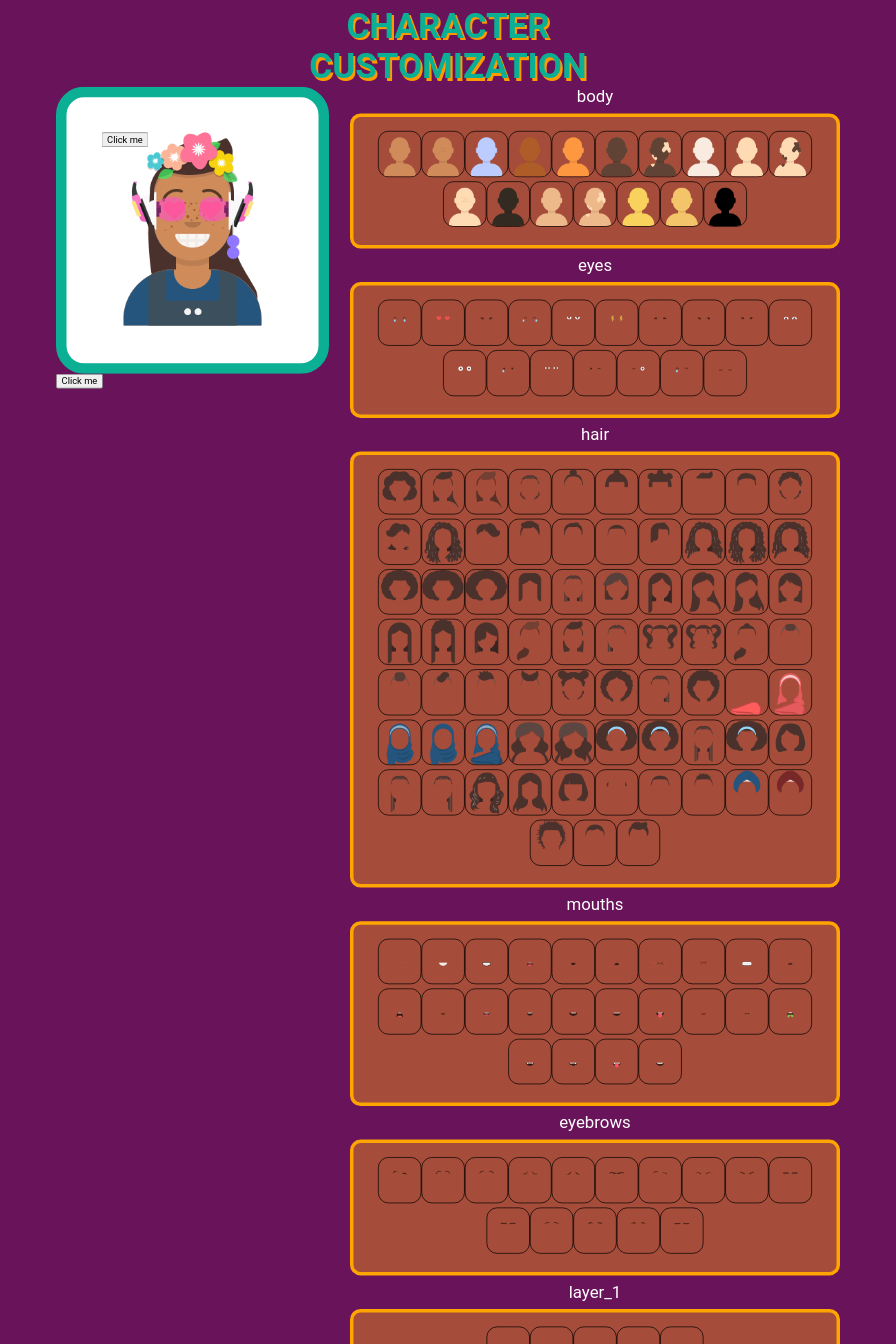
Repository: Kamaric112/react_clothing
Page: /
These files come from the project's save history. The page is drawn as it stood at one moment and after the next save; the edit follows.
The browser window is 1280 px wide. The pictures show the part of the page from y = 0 to 1920 px (the page is 3287 px tall), at 70% of full size.
The project was rebuilt for these pictures with package versions that can differ from the ones it lists, and the page was loaded fresh each time.

Above is the page before, as saved 2022-08-29 21:05:39.

### src/index.js
import React from "react";
import ReactDOM from "react-dom/client";
import App from "./components/App";

const root = ReactDOM.createRoot(document.getElementById("root"));

root.render(<App />);

### src/components/App.js
import React from "react";
import Header from "./Header";
import "./App.css";
import Avatar from "./Avatar";
import PartList from "./PartList";
import {useState} from "react"

const total = {
  body: 17,
  eyes: 17,
  hair: 73,
  mouths: 24,
  eyebrows: 15,
  hats: 28,
  glasses: 17,
  clothing1: 5,
  clothing2: 5,
  clothing3: 9,
};

function App() {


const [eyes, setEyes] = useState(2)
const [body, setBody] = useState(2)
const [layer_1, setLayer_1] = useState(2)
const [layer_2, setLayer_2] = useState(2)
const [layer_3, setLayer_3] = useState(2)
const [mouths, setMouths] = useState(2)
const [glasses, setGlasses] = useState(2)
const [hair, setHair] = useState(2)
const [eyebrows, setEyebrows] = useState(2)

const [earrings, setEarrings] = useState(2)
const [hats, setHats] = useState(2)
const randomize = () => {
    setBody(Math.floor((Math.random() * total.body )+1));
		setEyes(Math.floor((Math.random() * total.eyes)+1));
		setEyebrows(Math.floor((Math.random() * total.eyebrows)+1));
		setHair(Math.floor((Math.random() * total.hair)+1));
		setMouths(Math.floor((Math.random() * total.mouths)+1));
		setGlasses(Math.floor((Math.random() * total.glasses)+1));
		setLayer_1(Math.floor((Math.random() * total.clothing1)+1));
		setLayer_2(Math.floor((Math.random() * total.clothing2)+1));
		setLayer_3(Math.floor((Math.random() * total.clothing3)+1));
    setHats(Math.floor((Math.random() * total.hats)+1));

}




const handleClick = (e) => {
  console.log(e.target.src) //change states when clicked corresponding clothing
  const imageUrl = e.target.src
  console.log(imageUrl.split('/').pop().split('.')[0]) // split the src based on "/" then remove the last element, then split that element based on "." then choose the 1st element
}



  return (
    <div className="App">
      <Header />
      <div className="total-style">
        <div className="avatartotal">
        <Avatar eyes = {eyes} body = {body} layer_1 = {layer_1} layer_2 = {layer_2} layer_3 ={layer_3} mouths = {mouths} glasses = {glasses} hair = {hair} earrings = {earrings} hats = {hats} eyebrows= {eyebrows}/>
        <button onClick={randomize}>Click me </button>

        </div>

        <div>
        <PartList type = "body" total ="17" index = "1" handleClick={(e) => setBody(e.target.src.split('/').pop().split('.')[0])} />
        <PartList type = "eyes" total ="17" index = "1" handleClick={(e) => setEyes(e.target.src.split('/').pop().split('.')[0])}/>
        <PartList type = "hair" total ="73" index = "1" handleClick={(e) => setHair(e.target.src.split('/').pop().split('.')[0])}/>
        <PartList type = "mouths" total ="24" index = "1" handleClick={(e) => setMouths(e.target.src.split('/').pop().split('.')[0])}/>
        <PartList type = "eyebrows" total ="15" index = "1" handleClick={(e) => setEyebrows(e.target.src.split('/').pop().split('.')[0])}/>
        <PartList type = "layer_1" total ="5" index = "1" handleClick={(e) => setLayer_1(e.target.src.split('/').pop().split('.')[0])}/>
        <PartList type = "layer_2" total ="5" index = "1" handleClick={(e) => setLayer_2(e.target.src.split('/').pop().split('.')[0])}/>
        <PartList type = "layer_3" total ="9" index = "1" handleClick={(e) => setLayer_3(e.target.src.split('/').pop().split('.')[0])}/>
        <PartList type = "earrings" total ="32" index = "1" handleClick={(e) => setEarrings(e.target.src.split('/').pop().split('.')[0])}/>
        <PartList type = "hats" total ="28" index = "1" handleClick={(e) => setHats(e.target.src.split('/').pop().split('.')[0])} />
        <PartList type = "glasses" total ="17" index = "1" handleClick={(e) => setGlasses(e.target.src.split('/').pop().split('.')[0])}/>

        </div>


      </div>
    </div>
  );
}

export default App;

### src/components/Header.js
import React from "react";

function Header() {
  return (
    <>
      <div className="title">CHARACTER</div>
      <div className="subtitle">CUSTOMIZATION</div>
    </>
  );
}

export default Header;

### src/components/App.css
*,
*::after,
*::before {
  box-sizing: content-box;
  font-family: "Roboto", sans-serif;
}

body {
	background-color: rgb(105, 19, 91);
}

.App {
	max-width: 1200px;
	margin: 0 auto;
	display: flex;
	flex-direction: column;
	align-items: center;
}

.subtitle,
.title {
  text-align: center;
}

.title,
.subtitle {
  color: #0baf94;
  font-size: 50px;
  font-weight: 700;
  text-shadow: 3px 3px #f90;
}

.total-style {
  display: flex;

  justify-content: center;
  gap: 30px;
}

.avatar {
	width: 260px;
	height: 280px;
	position: relative;
}

.avatar-wrapper {
	border-radius: 40px;
	display: inline-block;
	border: 15px solid rgb(11, 175, 148);
	padding: 50px;
	position: sticky;
	background-color: #fff;
	top: calc(50% - 205px);
}

.list-section {
  max-width: 700px;
  text-align: center;
}

.partlist {
  display: flex;
  flex-direction: column;

}

.partlist div {
  color: white;
  font-size: 1.5rem;
}
.list {
  gap: 1rem;
  background-color: rgba(255,166,9,.4);
  border: 5px solid orange;
  border-radius: 15px;
  flex-wrap: wrap;
  margin: 10px 0;
  padding: 20px;
}

.list img {
  border: 1px solid black;
  border-radius: 15px
}

.list img:hover {
  background-color: #798885;
}

### src/components/Avatar.js
import React from 'react'
import Part from './Part'

function Avatar({eyes,body,layer_1,layer_2,layer_3,mouths,glasses,hair,earrings,hats,eyebrows,randomize}) {
  return (
    <div>
      <div className="avatar-wrapper">
        <div className="avatar">
          <Part type="body" position="0" index = {body}/>
          <Part type="layer_1" position="1" index = {layer_1}/>
          <Part type="layer_2" position="1" index = {layer_2}/>
          <Part type="layer_3" position="1" index = {layer_3}/>
          <Part type="mouths" position="2" index = {mouths}/>
          <Part type="noses" position="2" index = "1"/>
          <Part type="eyes" position="2" index = {eyes}/>
          <Part type="glasses" position="3" index = {glasses}/>
          <Part type="hair" position="3" index = {hair}/>
          <Part type="earrings" position="3" index = {earrings}/>
          <Part type="hats" position="4" index = {hats}/>
          <Part type="eyebrows" position="2" index = {eyebrows}/>
          <button onClick={randomize}>Click me </button>



        </div>
      </div>
    </div>
  )
}

export default Avatar

### src/components/PartList.js
import React from 'react'


function PartList({type,index,total,handleClick}) {

  let parts=[]
  const accessories = ["hats","glasses","earrings"]
  const clothing = ["layer_1","layer_2","layer_3"]



  for (index;index<= total; index++) {
    if ( accessories.includes(type)) {
      parts.push( <img key= {index} src={`character/accessories/${type}/${index}.png`} width="60px" onClick= {handleClick} alt= {type}/>)
    } else if ( clothing.includes(type)) {
      parts.push( <img key= {index} src={`character/clothes/${type}/${index}.png`} width="60px" onClick={handleClick} alt= {type}/>)
    }
    else {
      parts.push( <img key= {index} src={`character/${type}/${index}.png`} width="60px" onClick={handleClick} alt= {type}/>)
    }
  }


  return (
      <div className="list-section">
        <div className="partlist">
          <div>{type}</div>
          <div className="list">
            {parts}
          </div>
        </div>
      </div>
  )
}

export default PartList

### src/components/Part.js
import React from 'react'

function Part({type,position,index}) {

  const accessories = ["hats","glasses","earrings"]
  const clothing = ["layer_1","layer_2","layer_3"]

  const commonStyle = {
    position: "absolute",
    width: "260px",
    zIndex: `${position}`
  }
  if ( accessories.includes(type)) {
    return (<img src={`character/accessories/${type}/${index}.png`}  alt={`${type}`}  style= {commonStyle}/>)
  } else if ( clothing.includes(type)) {
  return (<img src={`character/clothes/${type}/${index}.png`}  alt={`${type}`}  style= {commonStyle}/>)
  } else if (type ==="noses") {
    return (<img src={`character/${type}/1.png`} alt={`${type}`} style= {commonStyle}/>)
  } else {
    return (<img src={`character/${type}/${index}.png`}  alt={`${type}`} style= {commonStyle}/>)
  }
}
export default Part

Loaded but not shown: public/index.html (common file)

After the next save:
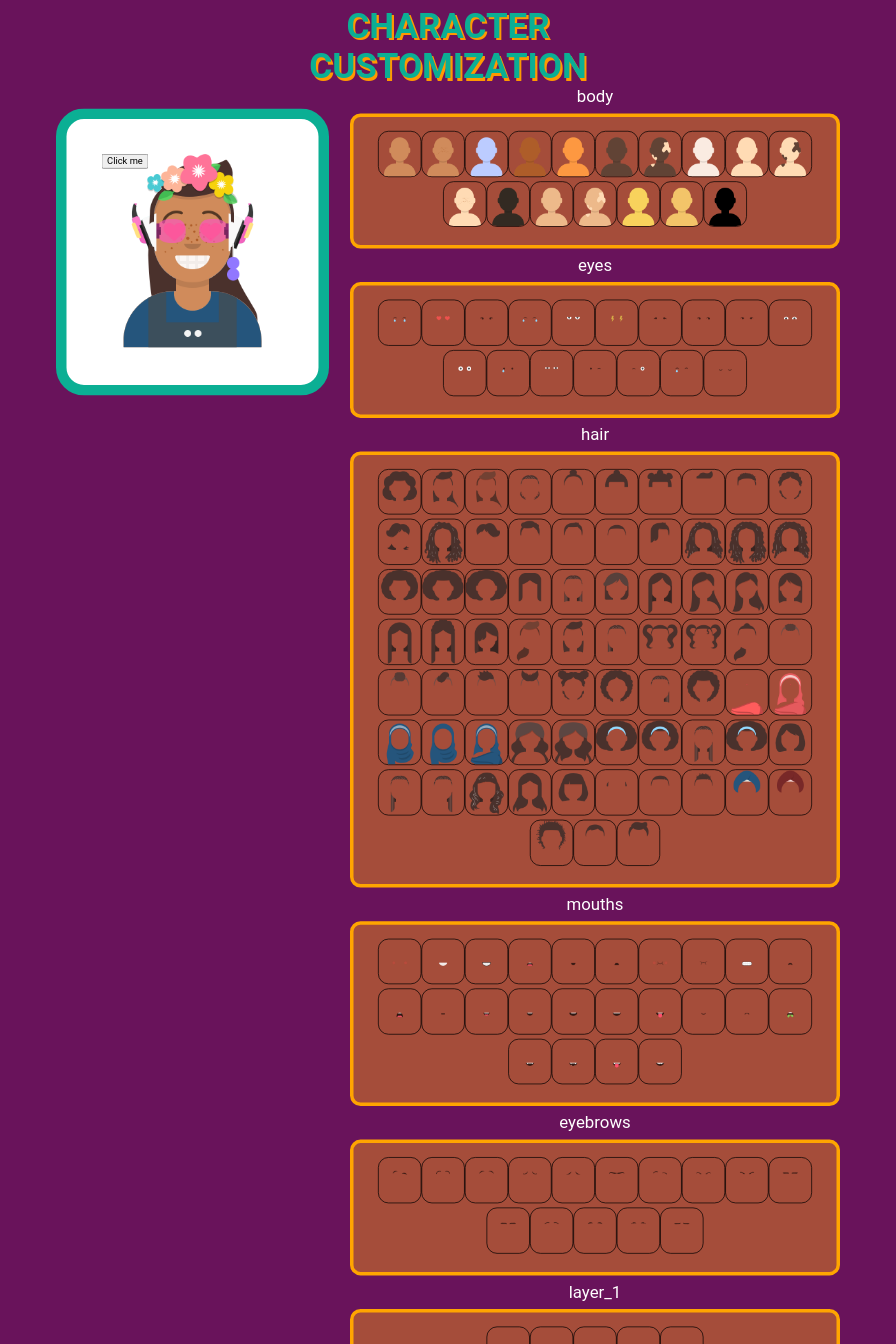
Saved 9 s later.
--- a/src/components/App.js
+++ b/src/components/App.js
@@ -62,11 +62,8 @@ const handleClick = (e) => {
     <div className="App">
       <Header />
       <div className="total-style">
-        <div className="avatartotal">
-        <Avatar eyes = {eyes} body = {body} layer_1 = {layer_1} layer_2 = {layer_2} layer_3 ={layer_3} mouths = {mouths} glasses = {glasses} hair = {hair} earrings = {earrings} hats = {hats} eyebrows= {eyebrows}/>
-        <button onClick={randomize}>Click me </button>
+        <Avatar eyes = {eyes} body = {body} layer_1 = {layer_1} layer_2 = {layer_2} layer_3 ={layer_3} mouths = {mouths} glasses = {glasses} hair = {hair} earrings = {earrings} hats = {hats} eyebrows= {eyebrows} randomize = {randomize}/>
 
-        </div>
 
         <div>
         <PartList type = "body" total ="17" index = "1" handleClick={(e) => setBody(e.target.src.split('/').pop().split('.')[0])} />
